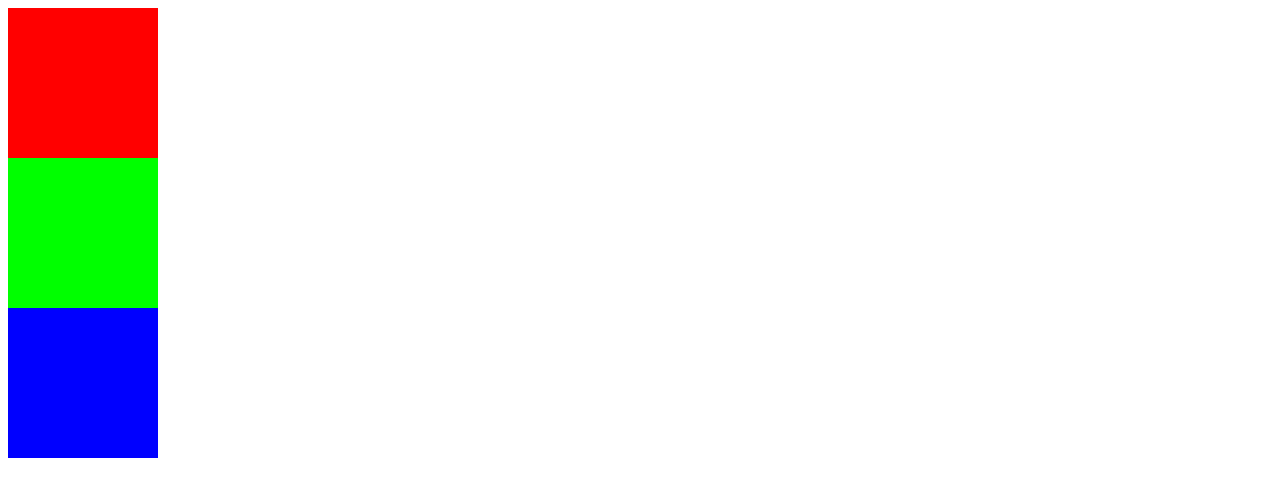
Repository: 9136424556/todo01
Page: coachtech/html-css/css1-19問.html
An editor plug-in stored every save of this project. The page is shown before and after the next save, followed by the edit.
The browser window is 1280 px wide. The pictures show the whole page.

Above is the page before, as saved 2023-12-02 13:18:19.

### coachtech/html-css/css1-19問.html
<link rel="stylesheet" href="css/css1-19問.css">
<div class="item1"></div>
<div class="item2"></div>
<div class="item3"></div>

### coachtech/html-css/css/css1-19問.css
.item1{
    background: #f00;
    width: 150px;
    height: 150px;
}
.item2{
   background: #0f0;
   width: 150px;
   height: 150px;
}
.item3{
    background: #00f;
    width: 150px;
    height: 150px;
}

After the next save:
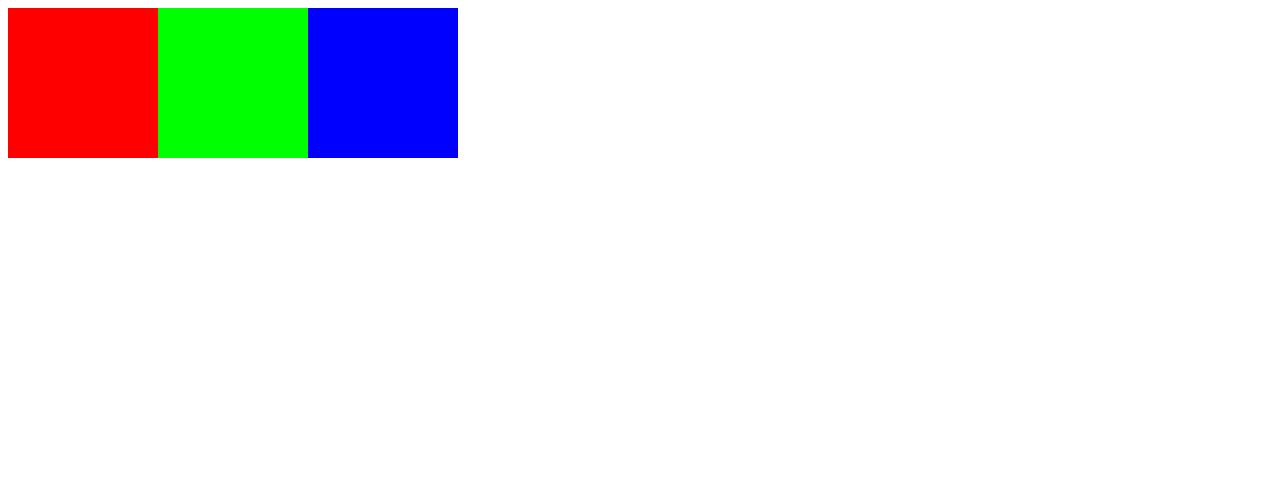
Saved 92 s later.
--- a/coachtech/html-css/css/css1-19問.css
+++ b/coachtech/html-css/css/css1-19問.css
@@ -2,14 +2,17 @@
     background: #f00;
     width: 150px;
     height: 150px;
+    float: left;
 }
 .item2{
    background: #0f0;
    width: 150px;
    height: 150px;
+   float: left;
 }
 .item3{
     background: #00f;
     width: 150px;
     height: 150px;
+    float: left;
 }
